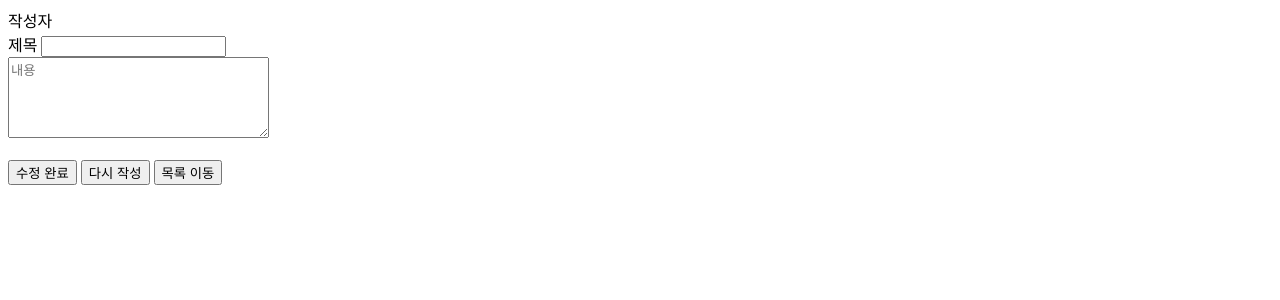
Repository: yangchunsick/JSPstudy
Page: http://localhost/11_MYHOME/notice/update.jsp
The author's editor kept a copy of each file at every save. The page is drawn from the files as they stood at one save, then again after the next save.
The browser window is 1280 px wide. The pictures show the whole page.
The page is served by Tomcat 9.

Above is the page before, as saved 2021-11-18 02:21:48.

After the next save:
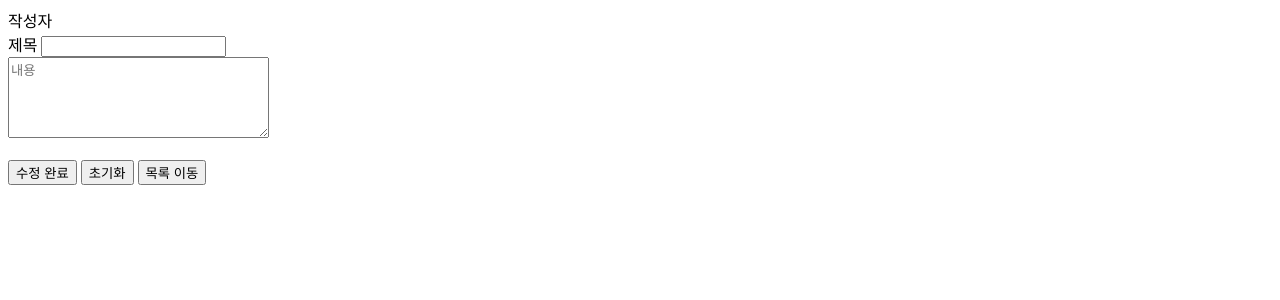
Saved 13 s later.
--- a/worksapce/11_MYHOME/WebContent/notice/update.jsp
+++ b/worksapce/11_MYHOME/WebContent/notice/update.jsp
@@ -26,7 +26,7 @@
 			<input type="text" name="title" id="title" value="${notice.title}"><br>
 			<textarea rows="5" cols="30" name="content" placeholder="내용">${notice.content}</textarea><br><br>
 			<button>수정 완료</button>
-			<input type="reset" value="다시 작성">
+			<input type="reset" value="초기화">
 			<input type="button" value="목록 이동" onclick="location.href='list.notice'">
 		</form>
 	</div>
